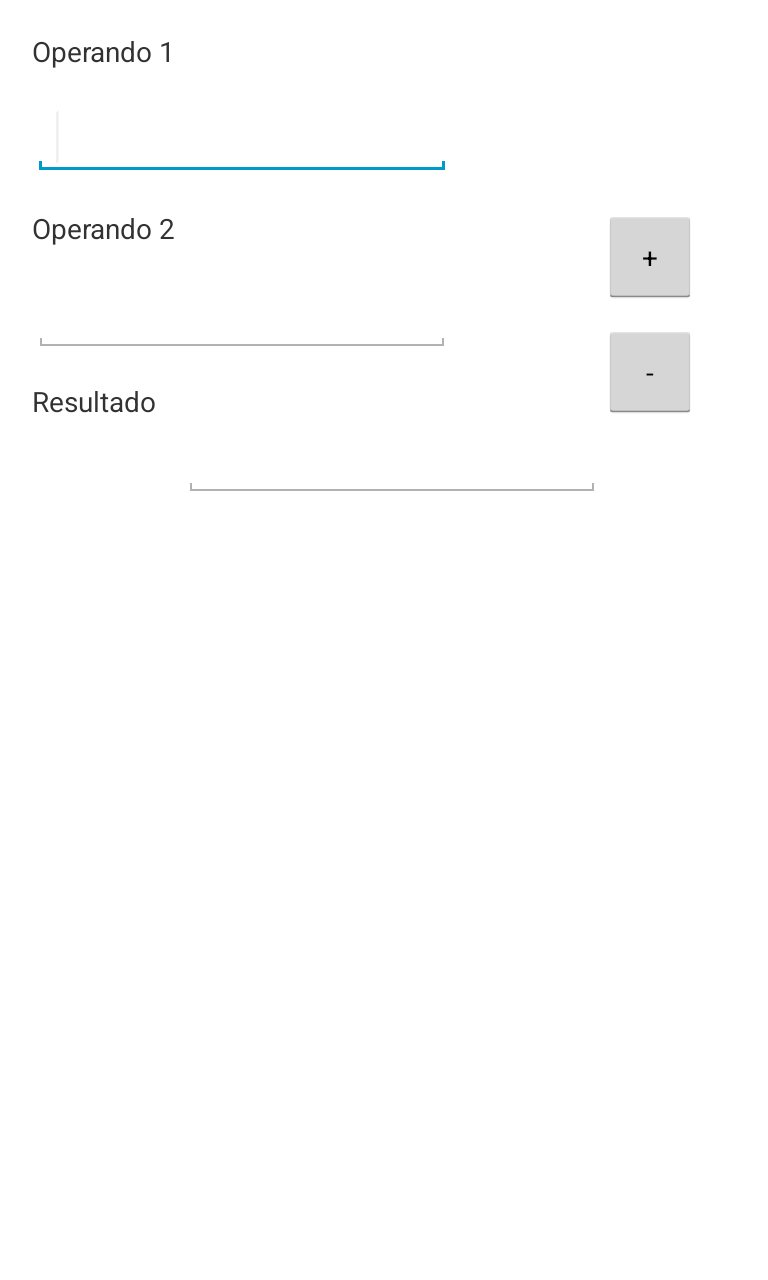
Repository: paullfull21/pmdm
Layout: ResultadoSuma/res/layout/activity_main.xml
An editor plug-in stored every save of this project. The layout is shown before and after the next save, followed by the edit.
It is drawn on a 768 x 1280 px phone screen (xhdpi) without system bars, with theme AppTheme; the app's code is not run.

Above is the layout before, as saved 2013-10-09 11:16:56.

After the next save:
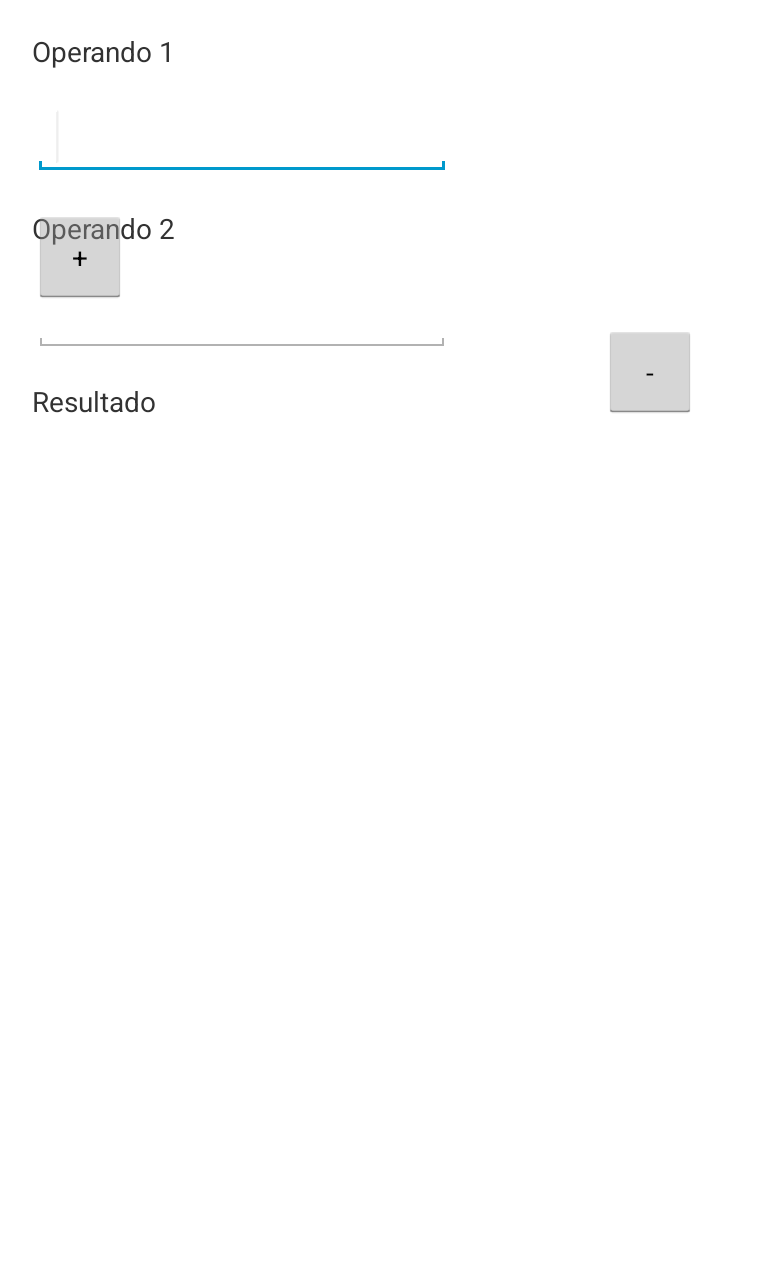
Saved 17 s later.
--- a/ResultadoSuma/res/layout/activity_main.xml
+++ b/ResultadoSuma/res/layout/activity_main.xml
@@ -66,7 +66,7 @@
         android:ems="10" />
 
     <Button
-        android:id="@+id/button1"
+        android:id="@+id/buttonResta"
         style="?android:attr/buttonStyleSmall"
         android:layout_width="wrap_content"
         android:layout_height="wrap_content"

After the save that followed:
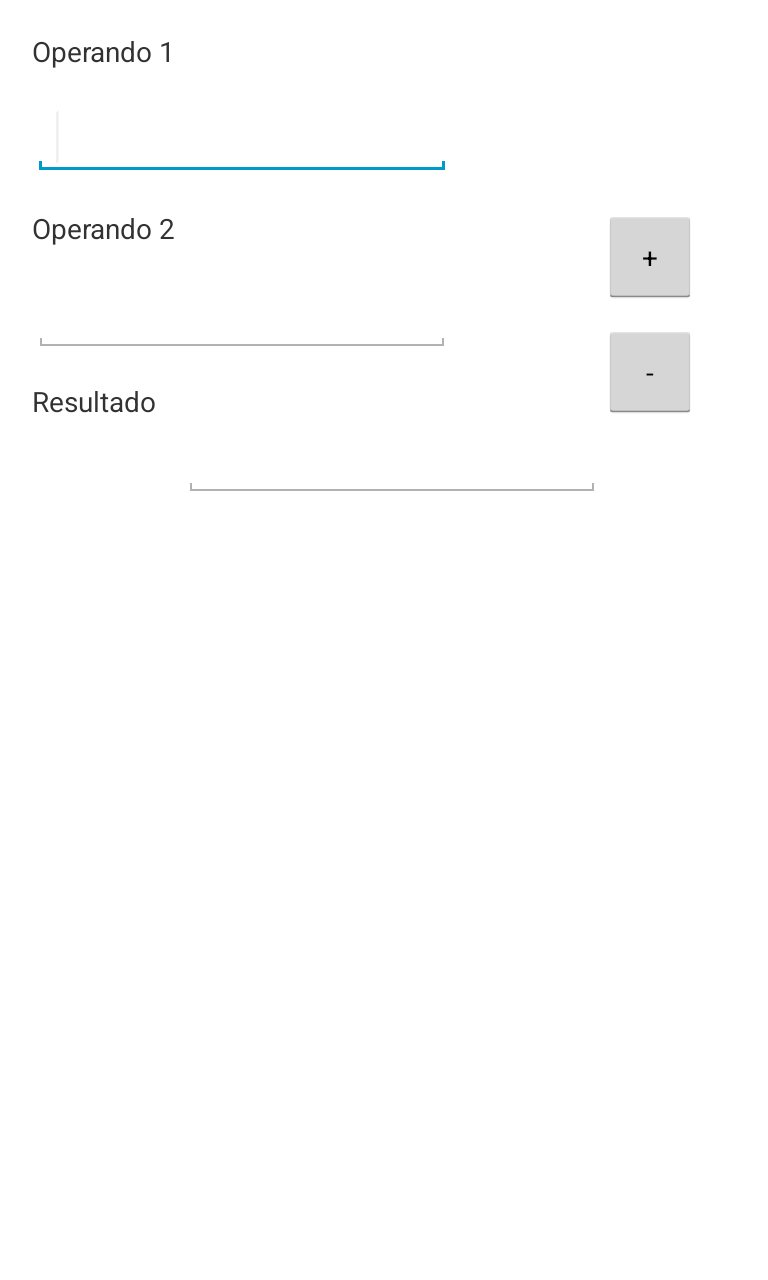
Saved 67 s later.
--- a/ResultadoSuma/res/layout/activity_main.xml
+++ b/ResultadoSuma/res/layout/activity_main.xml
@@ -80,7 +80,7 @@
         style="?android:attr/buttonStyleSmall"
         android:layout_width="wrap_content"
         android:layout_height="wrap_content"
-        android:layout_alignLeft="@+id/button1"
+        android:layout_alignLeft="@+id/buttonResta"
         android:layout_alignTop="@+id/textView2"
         android:text="@string/boton_suma" />
 
